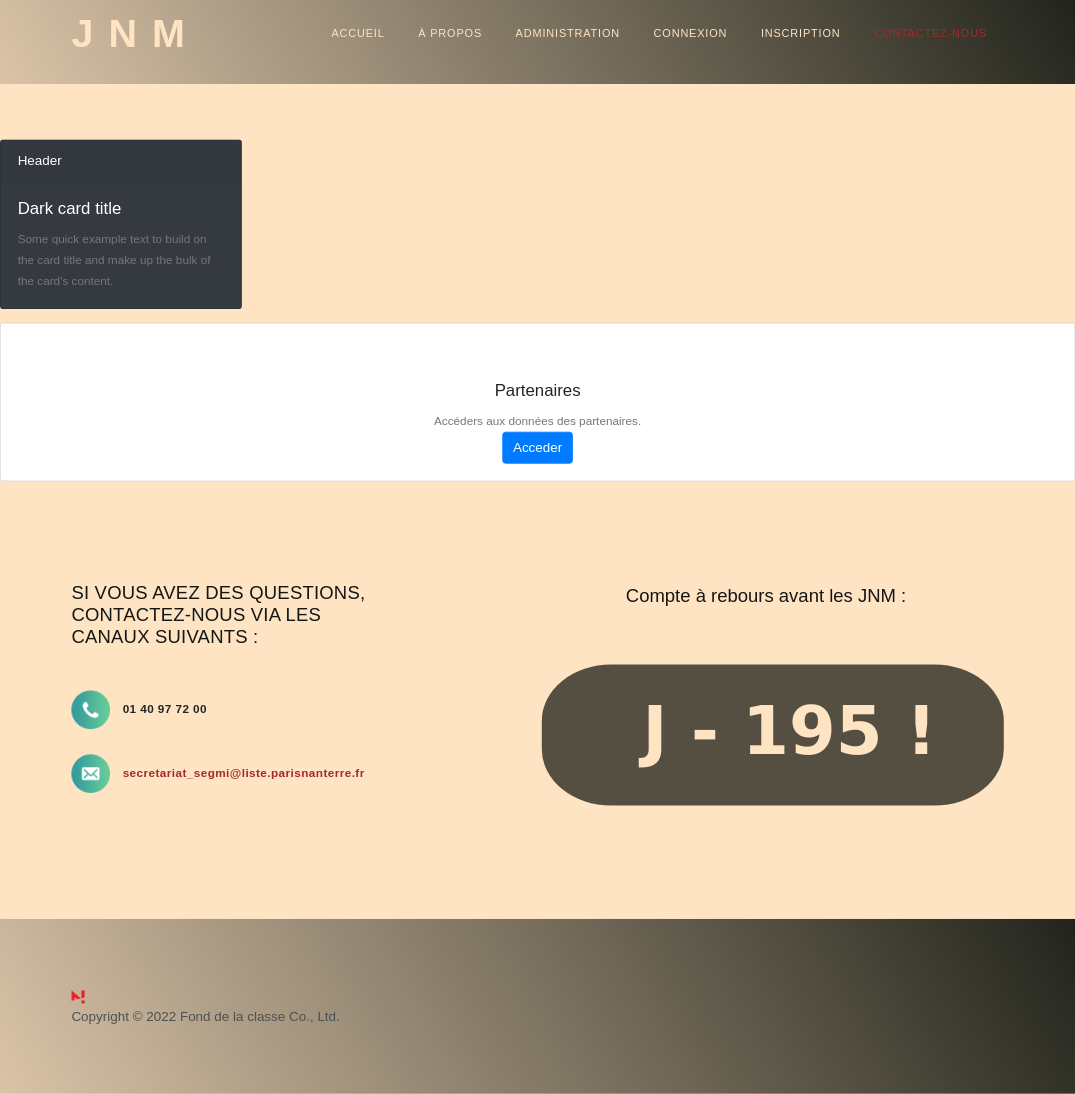
Repository: RiadNadri/ProjetWeb2022
Page: templates/Admin/admin.html.twig
These files come from the project's save history. The page is drawn as it stood at one moment and after the next save; the edit follows.
The browser window is 1280 px wide. The pictures show the whole page, at 84% of full size.
Some web fonts or font styles are not loaded; a fallback is used. The page is a Twig template of a Symfony application; nobody is signed in and links lead nowhere. The template is opened directly, without the code that normally fills it, so the values that code supplies are empty.

Above is the page before, as saved 2022-12-24 17:22:27.

After the next save:
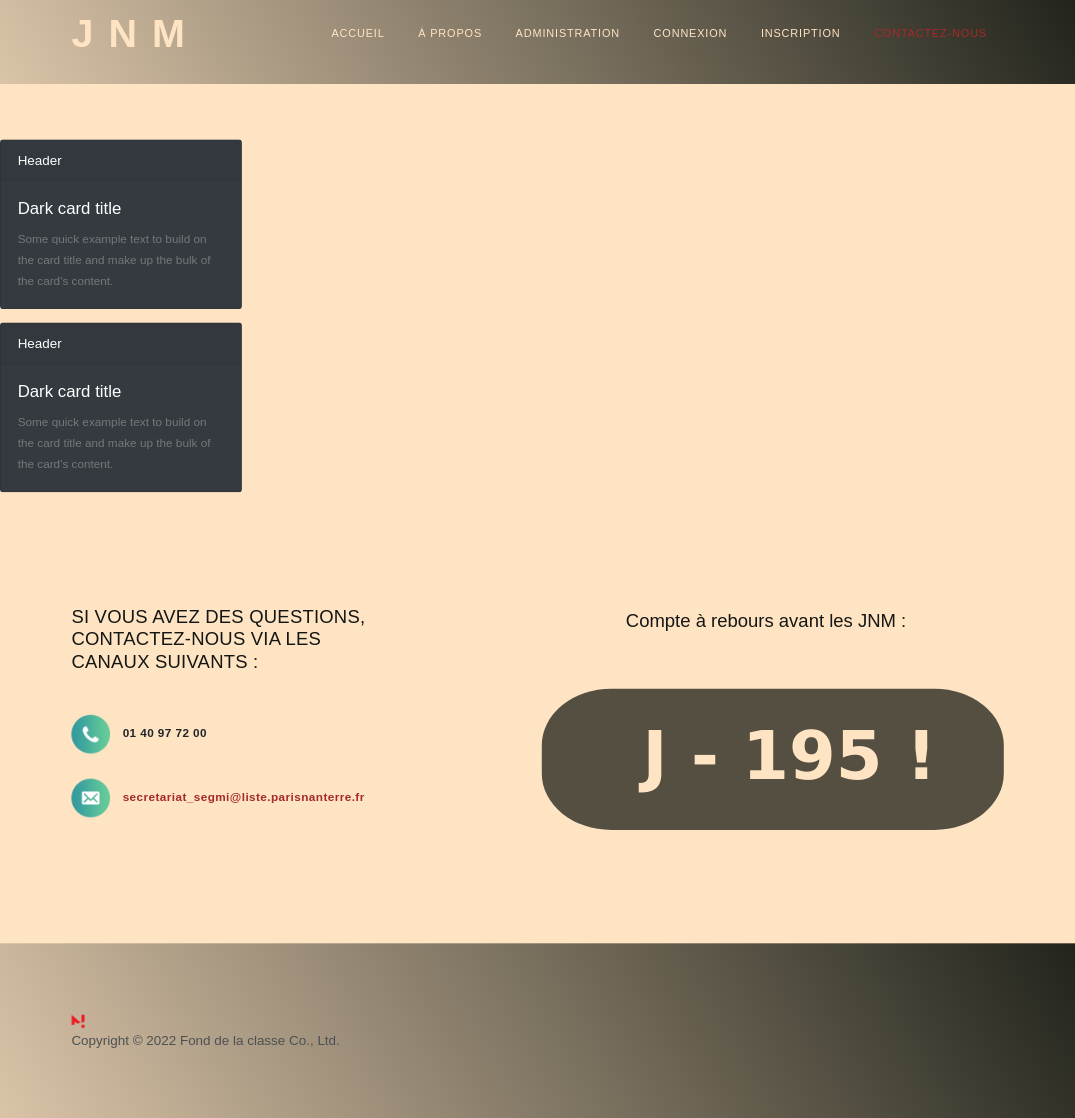
Saved 11 s later.
--- a/templates/Admin/admin.html.twig
+++ b/templates/Admin/admin.html.twig
@@ -34,12 +34,11 @@
   </div>
 </div>
 
-<div class="card text-center">
-
-  <div class="card-body mt-5">
-    <h5 class="card-title">Partenaires</h5>
-    <p class="card-text">Accéders aux données des partenaires.</p>
-    <a href="{{path('app_partenaire')}}" class="btn btn-primary">Acceder</a>
+<div class="card text-white bg-dark mb-3" style="max-width: 18rem;">
+  <div class="card-header">Header</div>
+  <div class="card-body">
+    <h5 class="card-title">Dark card title</h5>
+    <p class="card-text">Some quick example text to build on the card title and make up the bulk of the card's content.</p>
   </div>
 </div>
 {% endblock %}
